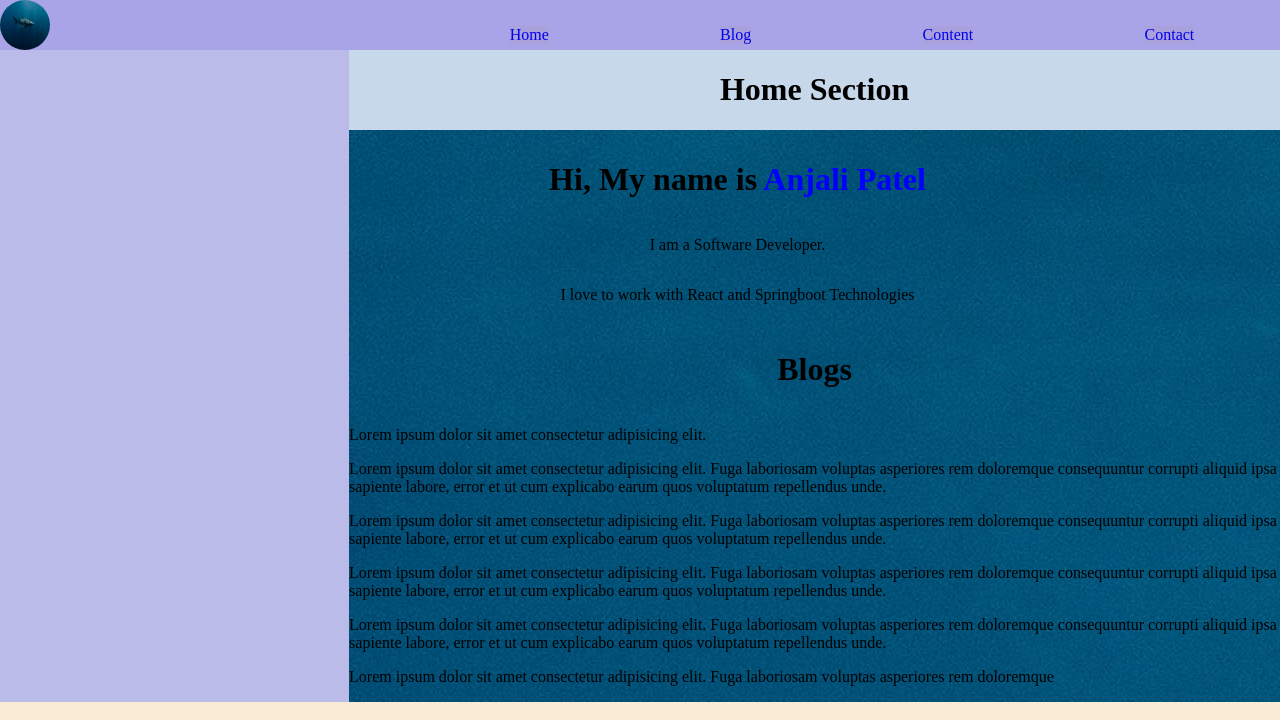
Repository: purnimapatel/fish-world
Page: index.html
An editor plug-in stored every save of this project. The page is shown before and after the next save, followed by the edit.
The browser window is 1280 px wide. The pictures show the whole page.
An inner scrolling area shows only its first screen.

Above is the page before, as saved 2024-08-25 15:34:11.

After the next save:
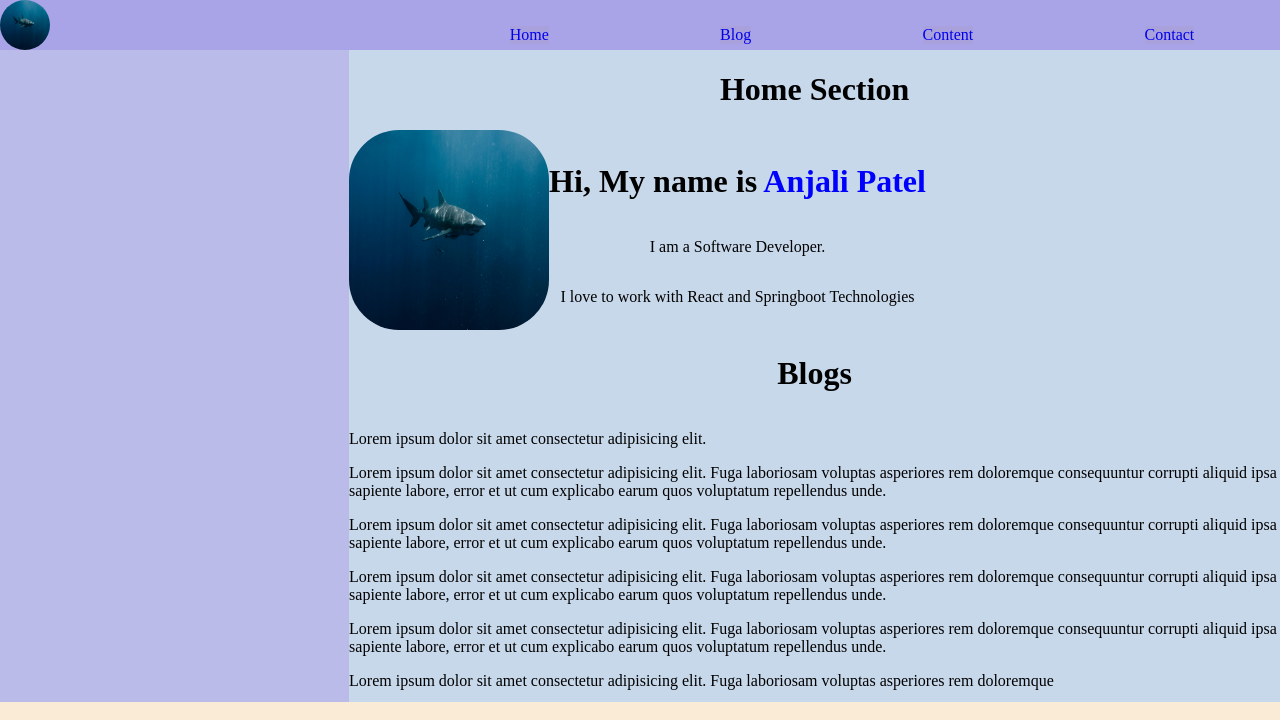
Saved 46 s later.
--- a/index.html
+++ b/index.html
@@ -35,8 +35,8 @@
                 </div>
                <div id = "home-content">
 
-                <div id = "mainImg">
-                    <img src ="img/image1.jpg">
+                <div id = "image">
+                    <img  id = "mainImg"src ="img/image1.jpg">
                    </div>
                    <div id = "about">
                     <h1>Hi, My name is <span>Anjali Patel</span></h1>
